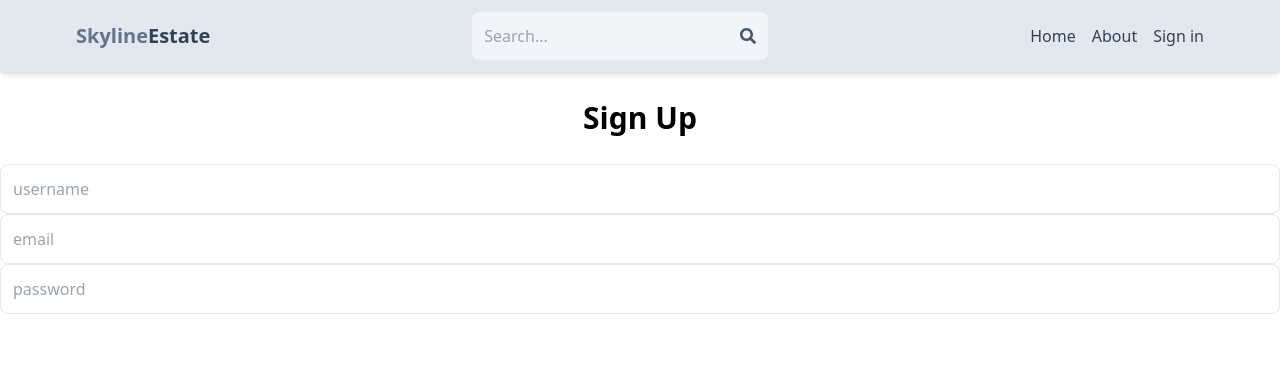
Repository: stavan30/mern-estate
Page: /sign-up (app in client/)
The author's editor kept a copy of each file at every save. The page is drawn from the files as they stood at one save, then again after the next save.
The browser window is 1280 px wide. The pictures show the whole page.
The project was rebuilt for these pictures with package versions that can differ from the ones it lists, and the page was loaded fresh each time. Also part of the build but not shown: client/vite.config.js, client/src/pages/About.jsx, client/src/pages/Home.jsx, client/src/pages/Profile.jsx, client/src/pages/SignIn.jsx.

Above is the page before, as saved 2024-01-19 02:22:48.

After the next save:
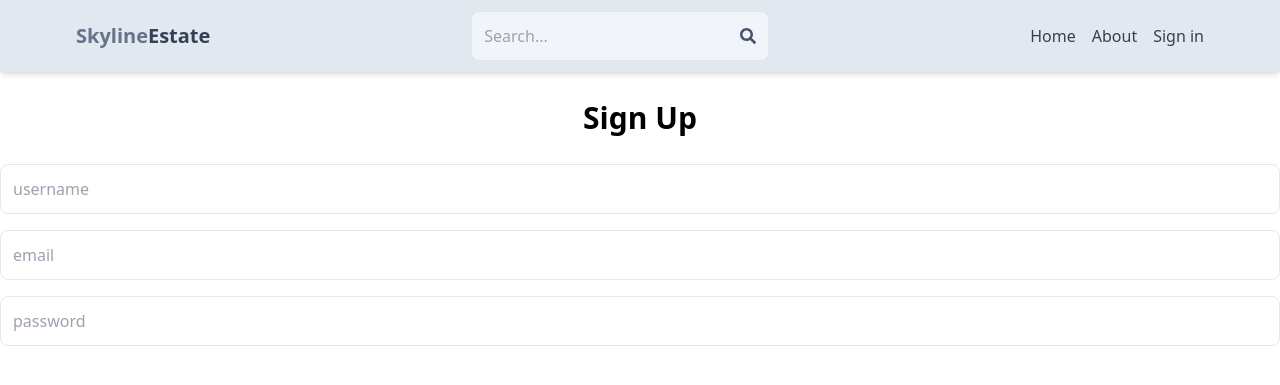
Saved 22 s later.
--- a/client/src/pages/SignUp.jsx
+++ b/client/src/pages/SignUp.jsx
@@ -6,7 +6,7 @@ export default function SignUp() {
       <h1 className='text-3xl text-center font-semibold my-7'>
         Sign Up
       </h1>
-      <form className='flex flex-col'>
+      <form className='flex flex-col gap-4'>
         <input type="text" placeholder='username'
         className='border p-3 rounded-lg' id='username'/>
 
